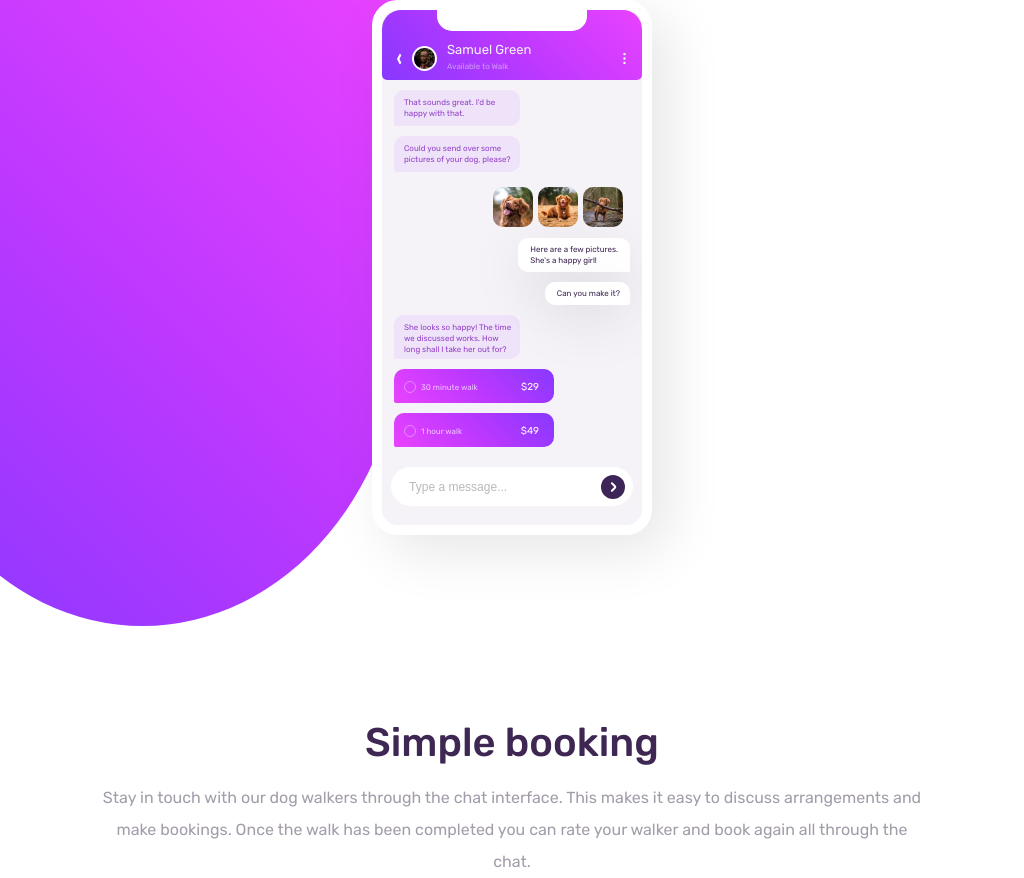
Repository: KamoliddinGIT/chat-app-css-illustration
Page: index.html
An editor plug-in stored every save of this project. The page is shown before and after the next save, followed by the edit.
The browser window is 1024 px wide. The pictures show the whole page.

Above is the page before, as saved 2023-09-25 20:06:19.

After the next save:
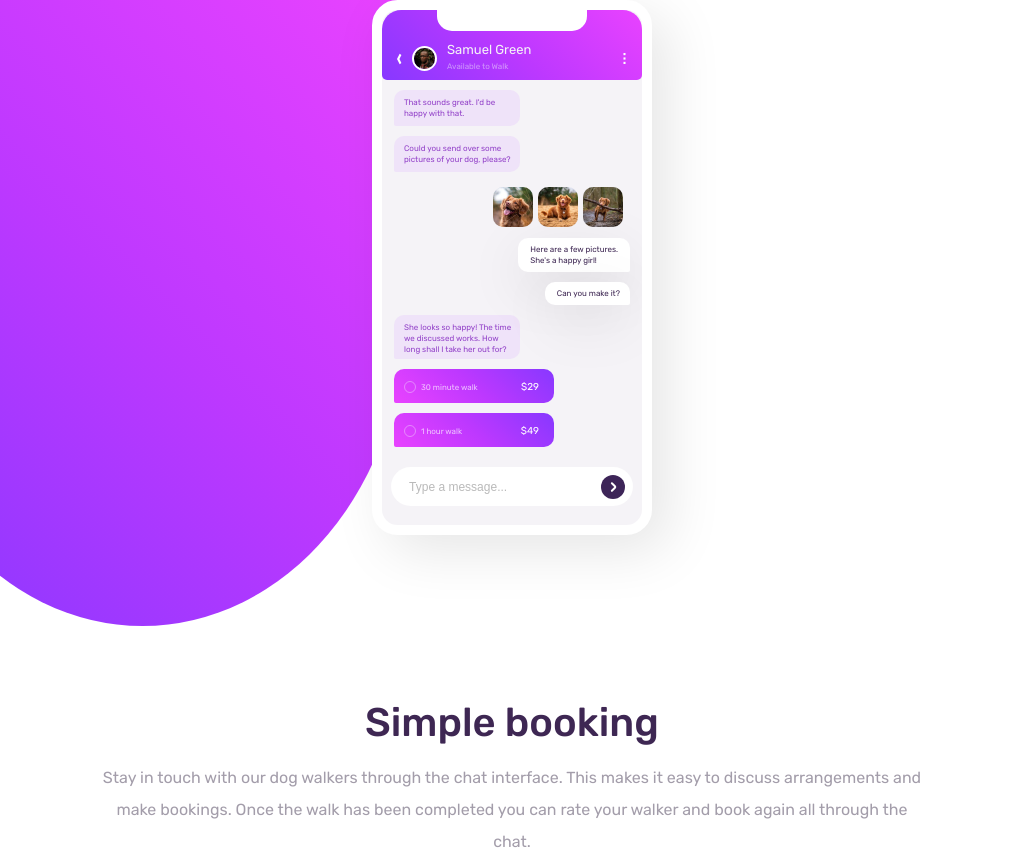
Saved 12 s later.
--- a/css/style.css
+++ b/css/style.css
@@ -280,7 +280,7 @@
     max-width: 1200px;
     width: 100%;
     justify-content: center;
-    gap: 20px;
+    gap: 0;
     flex-direction: column;
   }
   .right-side {
